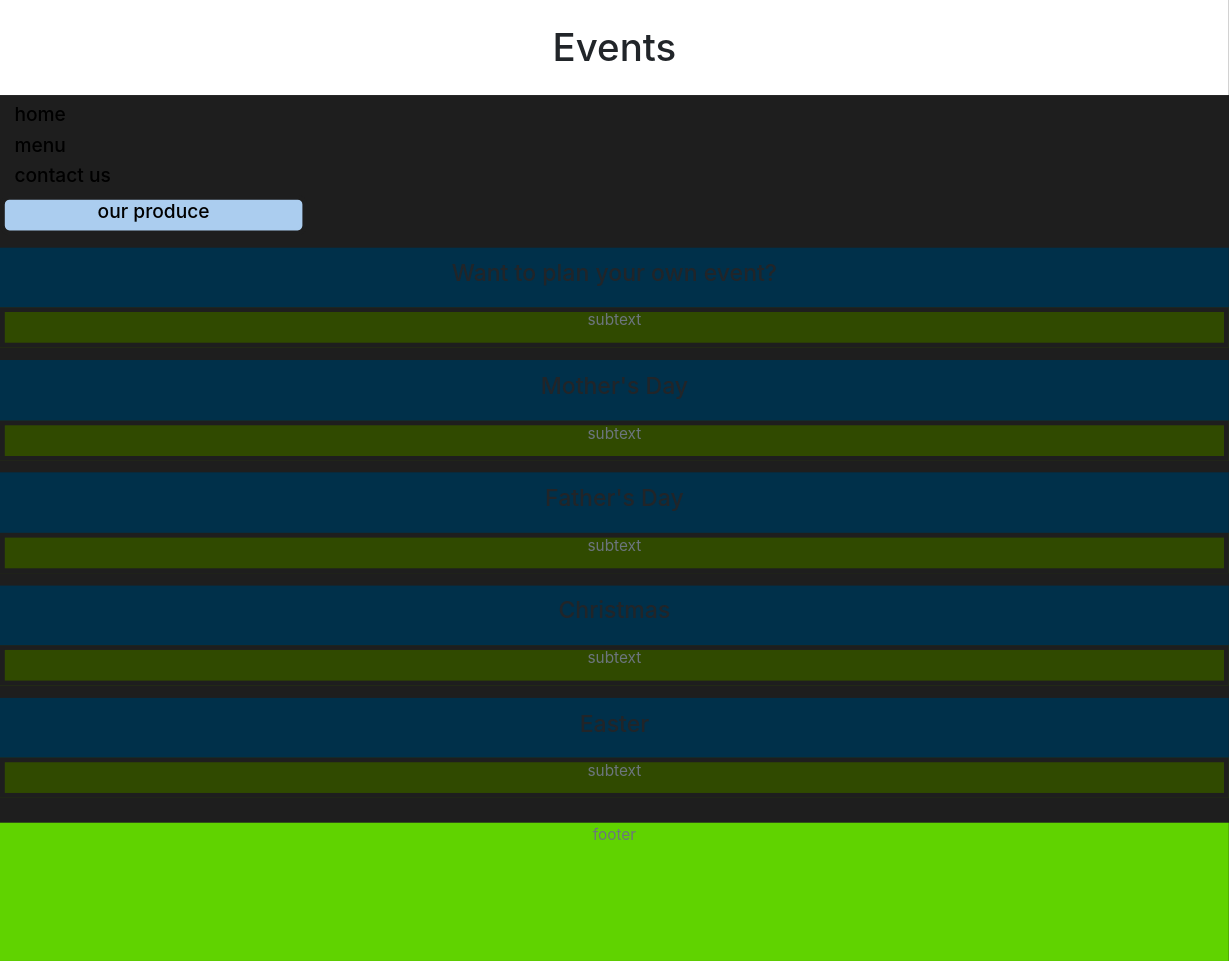
Repository: Code-Institute-Submissions/JamesLStudent-Milestone_One
Page: events.html
The author's editor kept a record of every edit. The page is drawn from the files as they stood at one moment, then again after the next edit.
The browser window is 1280 px wide. The pictures show the whole page, at 96% of full size.

Above is the page before.
Console error: TypeError: Cannot read properties of undefined (reading 'fn')

After the next edit:
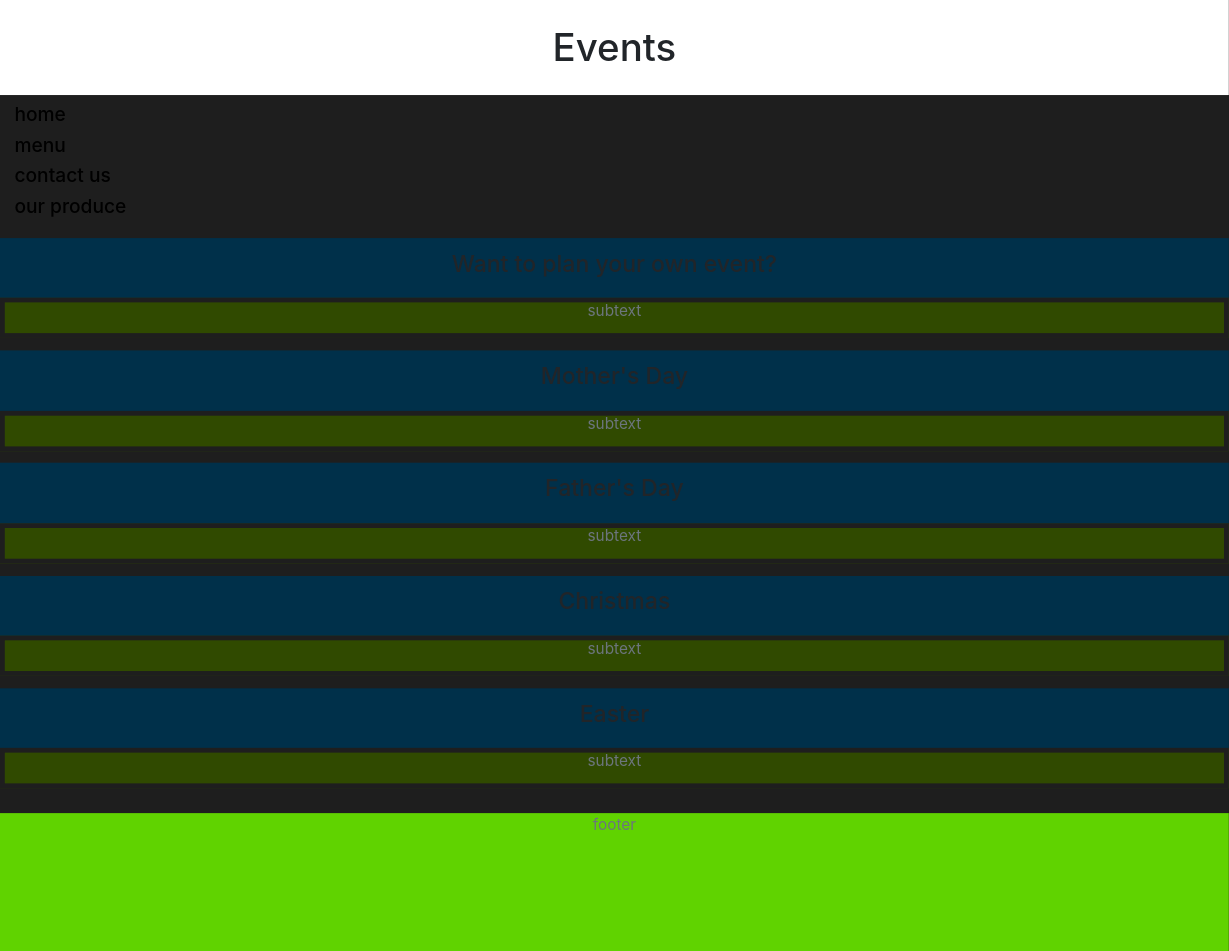
The edit:
--- a/events.html
+++ b/events.html
@@ -31,7 +31,7 @@
         </div>
     </a>
     <a href="produce.html">
-        <div class="col-12 col-md-12 col-lg-3 d black-text">
+        <div class="col-12 col-md-12 col-lg-3 navigation-item black-text">
             <h5>our produce</h5>
         </div>
     </a>
